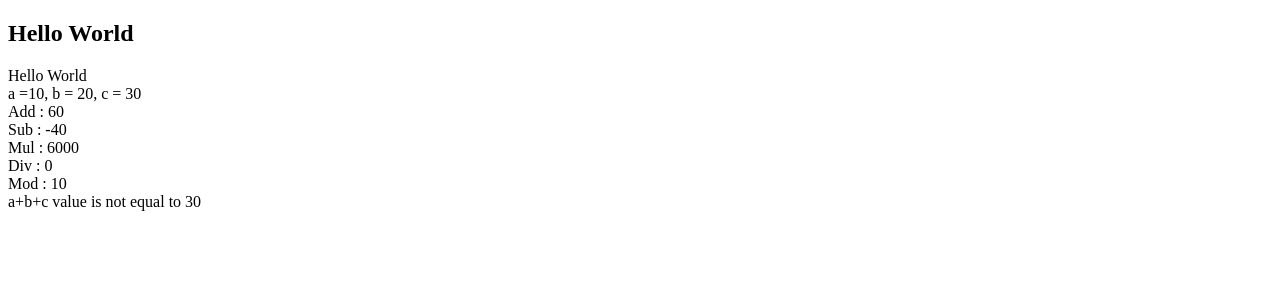
Repository: IFO45/epj
Page: http://localhost/com.5a1servlet/
The author's editor kept a copy of each file at every save. The page is drawn from the files as they stood at one save, then again after the next save.
The browser window is 1280 px wide. The pictures show the whole page.
The page is served by Tomcat 10. Other server files are loaded and not shown.

Above is the page before, as saved 2025-09-27 11:44:08.

### Practical 4 - JSP/com.5a1servlet/src/main/webapp/index.jsp
<%@ page language="java" contentType="text/html" pageEncoding="UTF-8" %>
<!DOCTYPE HTML>
<html>
	<head>
		<title> Home </title>
	</head>
	<body>
		<h2> Hello World </h2>
		<% out.println("Hello World"); %>
		<br/>
		<% out.println("a =10, b = 20, c = 30"); %>
		<br/>

		<%
			int a = 10;
			int b = 20;
			int c = 30;
		%>

		Add : <%= a+b+c %><br/>
		Sub : <%= a-b-c %><br/>
		Mul : <%= a*b*c %><br/>
		Div : <%= a/b %><br/>
		Mod : <%= a%b %><br/>

		<%
			if((a+b+c) == 30){
				out.println("a+b+c value is 30");
			}
			else{
				out.println("a+b+c value is not equal to 30");
			}
		%>


	</body>
</html>

After the next save:
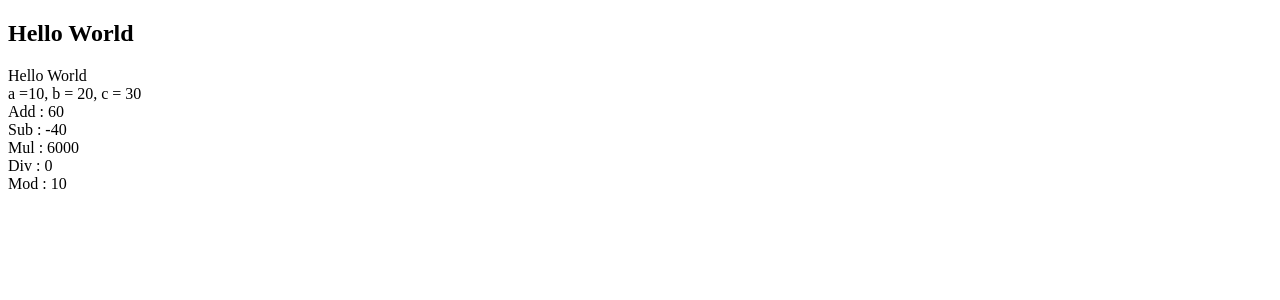
Saved 108 s later.
--- a/Practical 4 - JSP/com.5a1servlet/src/main/webapp/index.jsp
+++ b/Practical 4 - JSP/com.5a1servlet/src/main/webapp/index.jsp
@@ -23,14 +23,6 @@
 		Div : <%= a/b %><br/>
 		Mod : <%= a%b %><br/>
 
-		<%
-			if((a+b+c) == 30){
-				out.println("a+b+c value is 30");
-			}
-			else{
-				out.println("a+b+c value is not equal to 30");
-			}
-		%>
 
 
 	</body>
